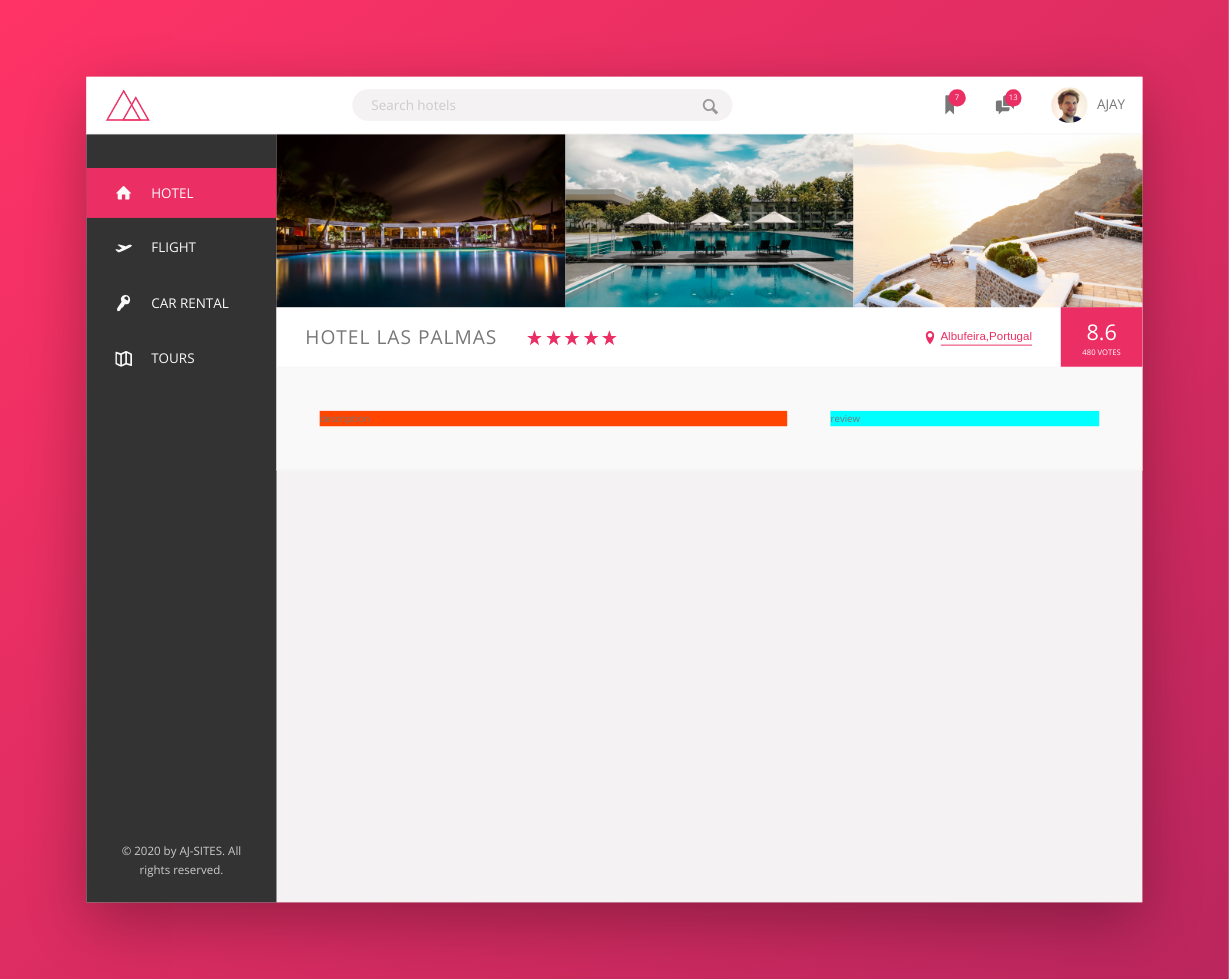
Repository: ajayaj2001/modern-Hotel
Page: /
An editor plug-in stored every save of this project. The page is shown before and after the next save, followed by the edit.
The browser window is 1280 px wide. The pictures show the whole page, at 96% of full size.
The project was rebuilt for these pictures with package versions that can differ from the ones it lists, and the page was loaded fresh each time.

Above is the page before, as saved 2020-12-13 22:21:47.

### public/index.html
<!DOCTYPE html>
<html lang="en">

<head>
  <meta charset="utf-8" />
  <link rel="icon" href="%PUBLIC_URL%/favicon.ico" />
  <meta name="viewport" content="width=device-width, initial-scale=1" />
  <meta name="theme-color" content="#000000" />
  <meta name="description" content="Web site created using create-react-app" />
  <link rel="apple-touch-icon" href="%PUBLIC_URL%/logo192.png" />
  <link rel="preconnect" href="https://fonts.gstatic.com">
  <link href="https://fonts.googleapis.com/css2?family=Open+Sans:wght@300;400;600&display=swap" rel="stylesheet">
  <!--
      manifest.json provides metadata used when your web app is installed on a
      user's mobile device or desktop. See https://developers.google.com/web/fundamentals/web-app-manifest/
    -->
  <link rel="manifest" href="%PUBLIC_URL%/manifest.json" />
  <!--
      Notice the use of %PUBLIC_URL% in the tags above.
      It will be replaced with the URL of the `public` folder during the build.
      Only files inside the `public` folder can be referenced from the HTML.

      Unlike "/favicon.ico" or "favicon.ico", "%PUBLIC_URL%/favicon.ico" will
      work correctly both with client-side routing and a non-root public URL.
      Learn how to configure a non-root public URL by running `npm run build`.
    -->
  <title>React App</title>
</head>

<body>
  <noscript>You need to enable JavaScript to run this app.</noscript>
  <div id="root"></div>
  <!--
      This HTML file is a template.
      If you open it directly in the browser, you will see an empty page.

      You can add webfonts, meta tags, or analytics to this file.
      The build step will place the bundled scripts into the <body> tag.

      To begin the development, run `npm start` or `yarn start`.
      To create a production bundle, use `npm run build` or `yarn build`.
    -->
</body>

</html>

### src/index.js
import React from 'react';
import ReactDOM from 'react-dom';
import './index.scss';
import App from '../src/app/App';

ReactDOM.render(
  <React.StrictMode>
    <App />
  </React.StrictMode>,
  document.getElementById('root')
);

### src/index.scss
@import "../src/scss/reuse.scss";
* {
  margin: 0;
  padding: 0;
}
:root {
  --color-primary: #eb2f64;
  --color-primary-light: #ff3366;
  --color-primary-dark: #ba265d;

  --color-gray-light-1: #faf9f9;
  --color-gray-light-2: #f4f2f2;
  --color-gray-light-3: #f0eeee;
  --color-gray-light-4: #ccc;

  --color-gray-dark-1: #333;
  --color-gray-dark-2: #777;
  --color-gray-dark-3: #999;

  --line: 1px solid var(--color-gray-light-2);
}
*,
*::before,
*::after {
  box-sizing: inherit;
}
html {
  box-sizing: border-box;
  font-size: 62.5%; //1rem=10px 10px/16px=62.5%
}
body {
  font-family: "Open Sans", sans-serif;
  -webkit-font-smoothing: antialiased;
  -moz-osx-font-smoothing: grayscale;
  font-family: "Open Sans", sans-serif;
  font-weight: 400;
  line-height: 1.6;
  background-image: linear-gradient(to right bottom, var(--color-primary-light), var(--color-primary-dark));
  background-size: cover;
  background-repeat: no-repeat;
  min-height: 100vh;
  color: var(--color-gray-dark-2);
}

### src/app/App.js
import React from 'react';
import Header from '../header/Header';
import Navigation from '../navigation/Navigation'
import Hotelview from '../hotel-view/Hotelview'
import './App.scss';
function App() {
  return (
    <div className="container">
      <Header />
      <div className="content">
        <Navigation />
        <Hotelview />
      </div>
    </div>
  );
}

export default App;

### src/scss/reuse.scss
// variables

// $primary: #eb2f64;
// $primary-light: #ff3366;
// $primary-dark: #ba265d;

// $gray-light-1: #faf9f9;
// $gray-light-2: #f4f2f2;
// $gray-light-3: #f0eeee;

// $gray-dark-1: #333;
// $gray-dark-2: #777;
// $gray-dark-3: #999;

### src/header/Header.js
import React from 'react'
import './Header.scss';
import logo from '../img/logo.png';
import user from '../img/user.jpg';
import svg from '../img/sprite.svg'
const Header = () => {
    return (
        <div className="header">
            <img src={logo} alt="logo" className="logo" />

            <form action="#" className="search">
                <input type="text" className="search__input" placeholder="Search hotels" />
                <button className="search__button">
                    <svg className="search__icon">
                        <use xlinkHref={`${svg}#icon-magnifying-glass`}></use>
                    </svg>
                </button>
            </form>
            <nav className="user-nav">
                <div className="user-nav__icon-box">
                    <svg className="user-nav__icon">
                        <use xlinkHref={`${svg}#icon-bookmark`}></use>
                    </svg>
                    <span className="user-nav__notification">7</span>
                </div>
                <div className="user-nav__icon-box">
                    <svg className="user-nav__icon">
                        <use xlinkHref={`${svg}#icon-chat`}></use>
                    </svg>
                    <span className="user-nav__notification">13</span>
                </div>
                <div className="user-nav__user">
                    <img src={user} alt="user-profile" className="user-nav__user-photo" />
                    <span className="user-nav__user-name">AJAY</span>
                </div>
            </nav>
        </div>
    )
}

export default Header

### src/navigation/Navigation.js
import React from 'react'
import './Navigation.scss'
import svg from '../img/sprite.svg'
const Navigation = () => {
    return (
        <React.Fragment>
            <nav className="sidebar">
                <ul className="side-nav">
                    <li className="side-nav__item side-nav__item--active">
                        <a href="#home" className="side-nav__link">
                            <svg className="side-nav__icon">
                                <use xlinkHref={`${svg}#icon-home`}></use>
                            </svg>
                            <span className="side-nav__text">hotel</span>
                        </a>
                    </li>
                    <li className="side-nav__item">
                        <a href="#flight" className="side-nav__link">
                            <svg className="side-nav__icon">
                                <use xlinkHref={`${svg}#icon-aircraft-take-off`}></use>
                            </svg>
                            <span className="side-nav__text">flight</span>
                        </a>
                    </li>
                    <li className="side-nav__item">
                        <a href="#car-rental" className="side-nav__link">
                            <svg className="side-nav__icon">
                                <use xlinkHref={`${svg}#icon-key`}></use>
                            </svg>
                            <span className="side-nav__text">car rental</span>
                        </a>
                    </li>
                    <li className="side-nav__item">
                        <a href="#tours" className="side-nav__link">
                            <svg className="side-nav__icon">
                                <use xlinkHref={`${svg}#icon-map`}></use>
                            </svg>
                            <span className="side-nav__text">tours</span>
                        </a>
                    </li>
                </ul>
                <div className="legal">
                    &copy; 2020 by AJ-SITES. All rights reserved.
                </div>
            </nav>
        </React.Fragment>
    )
}

export default Navigation

### src/hotel-view/Hotelview.js
import React from 'react'
import './Hotelview.scss'
import Overview from './overview/Overview'
const Hotelview = () => {
    return (
        <React.Fragment>
            <main className="hotelview">
                <Overview />
                <div className="detail">
                    <div className="description">description</div>
                    <div className="review">review</div>
                </div>
            </main>
        </React.Fragment>
    )
}

export default Hotelview

### src/app/App.scss
.container {
    max-width: 110rem;
    margin: 8rem auto;
    background-color: var(--color-gray-light-2);
    box-shadow: 0 2rem 6rem rgba(black, 0.3);
    min-height: 50rem;
}
.content {
    display: flex;
}

### src/header/Header.scss
.header {
    height: 6rem;
    background-color: #fff;
    border-bottom: var(--line);
    display: flex;
    justify-content: space-between;
    align-items: center;
}
.logo {
    height: 3.25rem;
    margin-left: 2rem;
}
.search {
    display: flex;
    flex: 0 0 40%;
    align-items: center;
    justify-content: center;

    &__input {
        font-family: inherit;
        font-size: 1.4rem;
        color: inherit;
        background-color: var(--color-gray-light-2);
        border: none;
        padding: 0.7rem 2rem;
        border-radius: 10rem;
        width: 90%;
        transition: all 0.3s;
        margin-right: -3.25rem;
        &:focus {
            outline: none;
            width: 100%;
            background-color: var(--color-gray-light-3);
        }
        &::-webkit-input-placeholder {
            font-weight: 100;
            color: var(--color-gray-light-4);
        }
    }
    &__input:focus + &__button {
        background-color: var(--color-gray-light-3);
    }
    &__button {
        height: 2.8rem;
        border: none;
        background-color: var(--color-gray-light-2);
        &:focus {
            outline: none;
        }
        &:active {
            transform: translateY(2px);
        }
    }
    &__icon {
        height: 3rem;
        width: 2rem;
        fill: var(--color-gray-dark-3);
    }
}

.user-nav {
    align-self: stretch;
    display: flex;
    align-items: center;
    cursor: pointer;
    & > * {
        height: 100%;
        padding: 0 1.8rem;
        display: flex;
        align-items: center;
    }
    & > *:hover {
        background-color: var(--color-gray-light-2);
    }
    &__icon-box {
        position: relative;
    }
    &__icon {
        height: 2.25rem;
        width: 2.25rem;
        fill: var(--color-gray-dark-2);
    }
    &__notification {
        font-size: 0.8rem;
        height: 1.75rem;
        width: 1.75rem;
        border-radius: 50%;
        background-color: var(--color-primary);
        color: #fff;
        position: absolute;
        top: 1.3rem;
        right: 1.3rem;
        display: flex;
        justify-content: center;
        align-items: center;
    }
    &__user-photo {
        height: 3.75rem;
        border-radius: 50%;
        margin-right: 1rem;
    }
    &__user-name {
        font-size: 1.4rem;
    }
}

### src/navigation/Navigation.scss
.sidebar {
    background-color: var(--color-gray-dark-1);
    flex: 0 0 18%;
    display: flex;
    flex-direction: column;
    justify-content: space-between;
}
.side-nav {
    font-size: 1.4rem;
    list-style: none;
    margin-top: 3.5rem;
    &__item {
        position: relative;
        &:not(:last-child) {
            margin-bottom: 0.5rem;
        }
    }
    &__item::before {
        content: "";
        position: absolute;
        top: 0;
        left: 0;
        height: 100%;
        width: 3px;
        background-color: var(--color-primary);
        transform: scaleY(0);
        transition: transform 0.2s, width 0.4s cubic-bezier(1, 0, 0, 1) 0.2s, background-color 0.1s;
    }
    &__item:hover::before,
    &__item--active::before {
        transform: scaleY(1);
        width: 100%;
    }
    &__item:active::before {
        background-color: var(--color-primary-light);
    }
    &__link:link,
    &__link:visited {
        position: relative;
        color: var(--color-gray-light-1);
        text-decoration: none;
        text-transform: uppercase;
        display: block;
        padding: 1.5rem 3rem;
        display: flex;
        align-items: center;
        z-index: 20;
    }
    &__icon {
        width: 1.75rem;
        height: 1.75rem;
        fill: currentColor;
        margin-right: 2rem;
    }
}
.legal {
    font-size: 1.2rem;
    text-align: center;
    padding: 2.5rem;
    color: var(--color-gray-light-4);
}

### src/hotel-view/Hotelview.scss
.hotelview {
    flex: 1;
    height: 80rem;
}
.detail {
    display: flex;
    padding: 4.5rem;
    background-color: var(--color-gray-light-1);
    border-bottom: var(--line);
}
.description {
    flex: 0 0 60%;
    background-color: orangered;
    margin-right: 4.5rem;
}
.review {
    flex: 1;
    background-color: aqua;
}

### src/hotel-view/overview/Overview.js
import React from 'react'
import './Overview.scss'
import hotel1 from '../../img/hotel-1.jpg'
import hotel2 from '../../img/hotel-2.jpg'
import hotel3 from '../../img/hotel-3.jpg'
import svg from '../../img/sprite.svg'
const Overview = () => {
    return (
        <React.Fragment>
            <div className="gallery">
                <figure className="gallery__item">
                    <img src={hotel1} alt="hotel building" className="gallery__photo" />
                </figure>
                <figure className="gallery__item">
                    <img src={hotel2} alt="hotel building" className="gallery__photo" />
                </figure>
                <figure className="gallery__item">
                    <img src={hotel3} alt="hotel building" className="gallery__photo" />
                </figure>
            </div>
            <div className="overview">
                <h1 className="overview__heading">
                    HOTEL LAS PALMAS
                </h1>
                <div className="overview__stars">
                    <svg className="overview__icon-star">
                        <use xlinkHref={`${svg}#icon-star`}></use>
                    </svg>
                    <svg className="overview__icon-star">
                        <use xlinkHref={`${svg}#icon-star`}></use>
                    </svg>
                    <svg className="overview__icon-star">
                        <use xlinkHref={`${svg}#icon-star`}></use>
                    </svg>
                    <svg className="overview__icon-star">
                        <use xlinkHref={`${svg}#icon-star`}></use>
                    </svg>
                    <svg className="overview__icon-star">
                        <use xlinkHref={`${svg}#icon-star`}></use>
                    </svg>
                </div>
                <div className="overview__location">
                    <svg className="overview__icon-location">
                        <use xlinkHref={`${svg}#icon-location-pin`}></use>
                    </svg>
                    <button className="btn-inline">Albufeira,Portugal</button>
                </div>
                <div className="overview__rating">
                    <div className="overview__rating-average">8.6</div>
                    <div className="overview__rating-count">480 votes</div>
                </div>
            </div>
        </React.Fragment>
    )
}

export default Overview

### src/hotel-view/overview/Overview.scss
.gallery {
    display: flex;
    &__photo {
        width: 100%;
        display: block;
    }
}

.overview {
    background-color: white;
    display: flex;
    align-items: center;
    border-bottom: var(--line);
    &__heading {
        font-size: 2rem;
        font-weight: 300;
        text-transform: uppercase;
        letter-spacing: 1px;
        padding: 1.5rem 3rem;
    }
    &__stars {
        margin-right: auto;
        display: flex;
    }
    &__icon-star,
    &__icon-location {
        width: 1.75rem;
        height: 1.75rem;
        fill: var(--color-primary);
        margin-right: 0.2rem;
    }
    &__location {
        font-size: 1.2rem;
        display: flex;
        align-items: center;
    }
    &__rating {
        align-self: stretch;
        align-items: center;
        background-color: var(--color-primary);
        padding: 0 2.25rem;
        color: #fff;

        display: flex;
        flex-direction: column;
        align-items: center;
        justify-content: center;
        margin-left: 3rem;
        &-average {
            font-size: 2.25rem;
            font-weight: 300;
            margin-bottom: -3px;
        }
        &-count {
            font-size: 0.8rem;
            text-transform: uppercase;
        }
    }
}

.btn-inline {
    border: none;
    color: var(--color-primary);
    font-size: inherit;
    border-bottom: 1px solid currentColor;
    padding-bottom: 2px;
    display: inline-block;
    background-color: transparent;
    cursor: pointer;
    transition: all 0.2s;
    &:hover {
        color: var(--color-gray-dark-1);
    }

    &:focus {
        outline: none;
        animation: pulsate 1s infinite;
    }
}

@keyframes pulsate {
    0% {
        transform: scale(1);
        box-shadow: none;
    }
    50% {
        transform: scale(1.03);
        box-shadow: 0 1rem 1rem rgba(0, 0, 0, 0.25);
    }
    100% {
        transform: scale(1);
        box-shadow: none;
    }
}

After the next save:
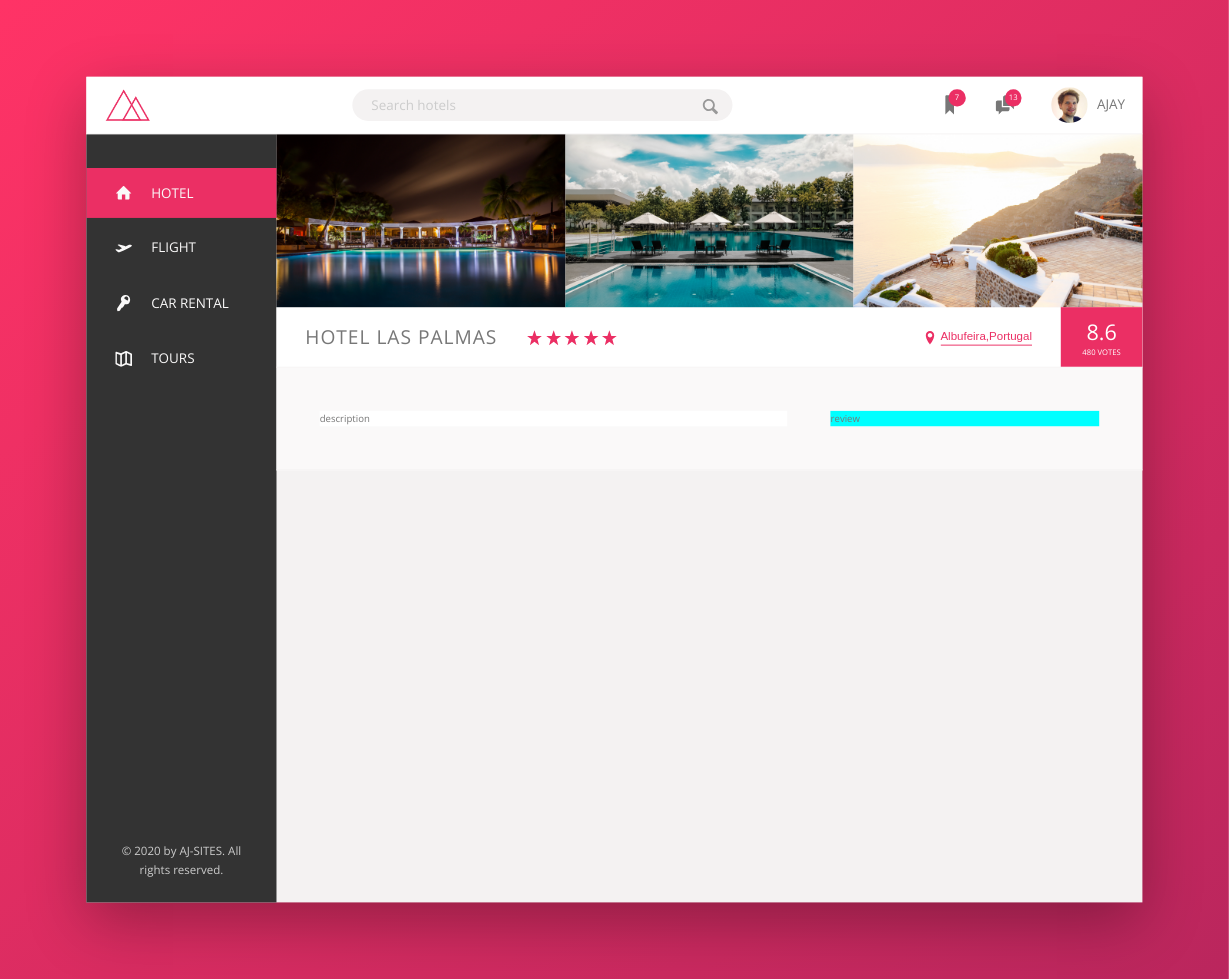
Saved 77 s later.
--- a/src/hotel-view/Hotelview.scss
+++ b/src/hotel-view/Hotelview.scss
@@ -10,8 +10,9 @@
 }
 .description {
     flex: 0 0 60%;
-    background-color: orangered;
+    background-color: #fff;
     margin-right: 4.5rem;
+    box-sizing: 0 2rem 5rem rgba(0, 0, 0, 0.06);
 }
 .review {
     flex: 1;
